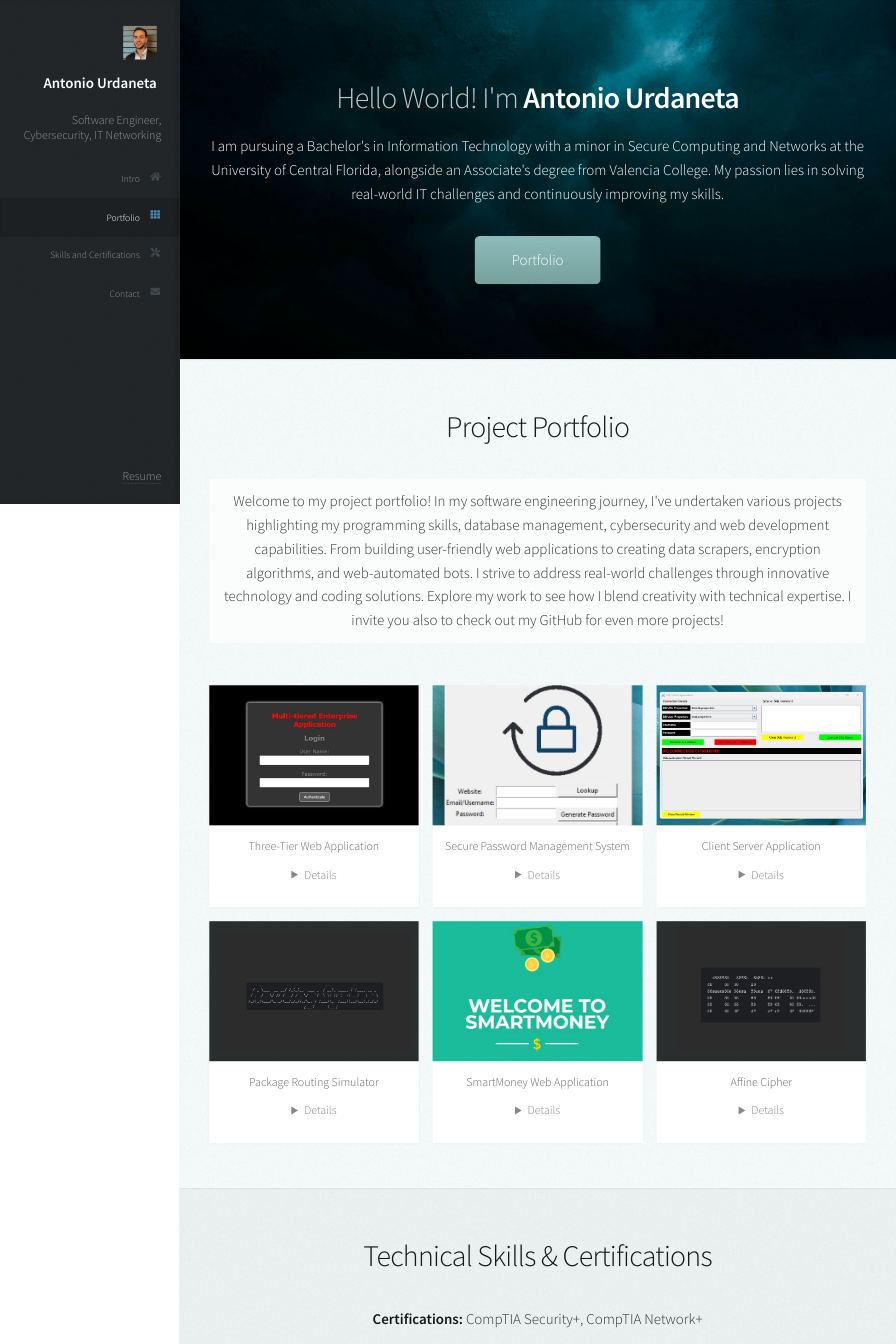
Repository: aaurdanet/Portfolio
Page: index.html
The author's editor kept a copy of each file at every save. The page is drawn from the files as they stood at one save, then again after the next save.
The browser window is 1280 px wide. The pictures show the part of the page from y = 0 to 1920 px (the page is 2630 px tall), at 70% of full size.

Above is the page before, as saved 2024-10-27 14:32:09.

After the next save:
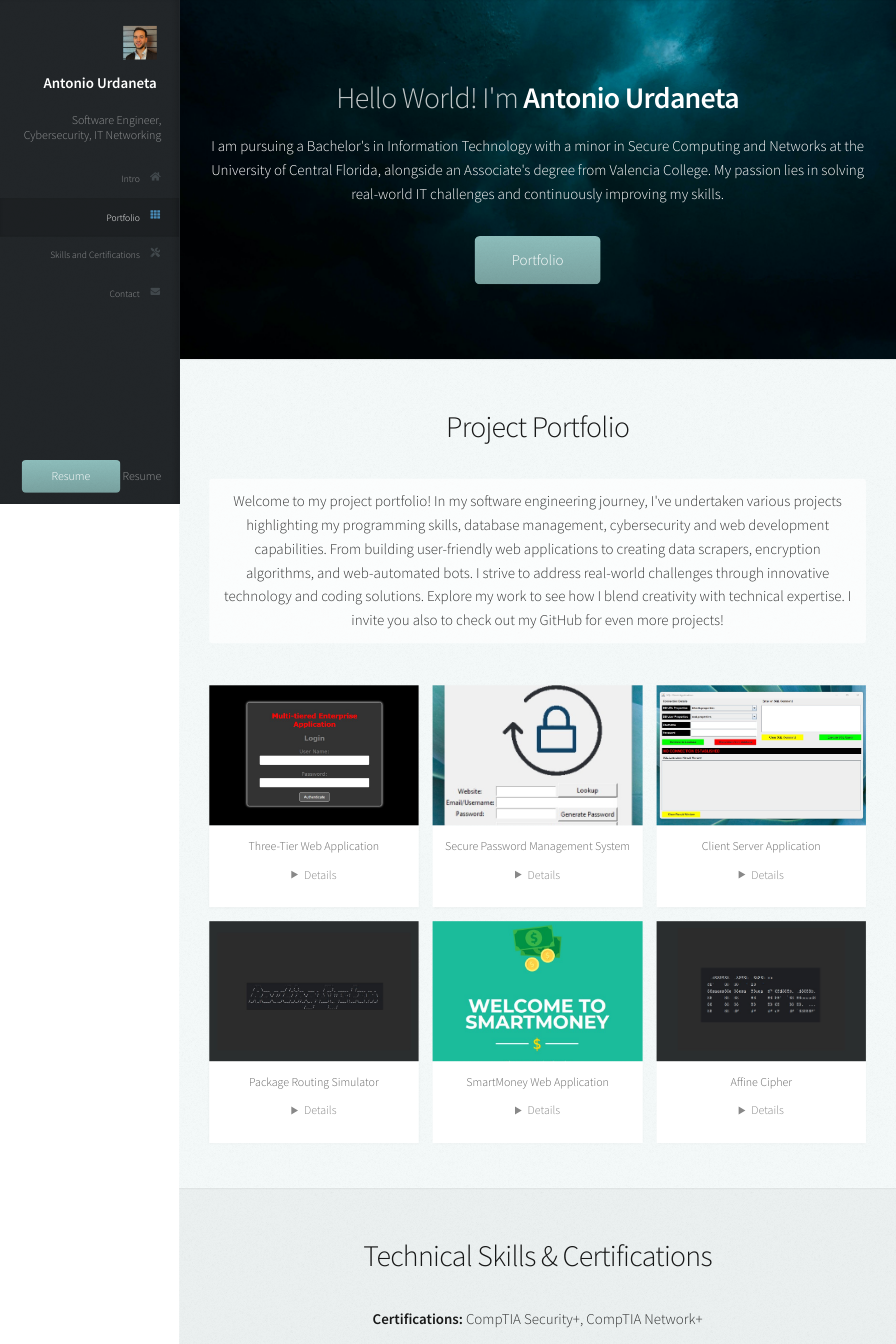
Saved 4 min 11 s later.
--- a/index.html
+++ b/index.html
@@ -39,7 +39,7 @@
 					<!-- Social Icons -->
 					<p>
 						<a href="resume_index.html" class="icon" style="color: inherit;">
-							<span class="label" style="display: none;">Resume</span> <!-- Hidden label for accessibility -->
+							<a href="resume_index.html" class="button scrolly">Resume</a>
 							<span class="resume-text">Resume</span>
 						</a>
 					</p>
